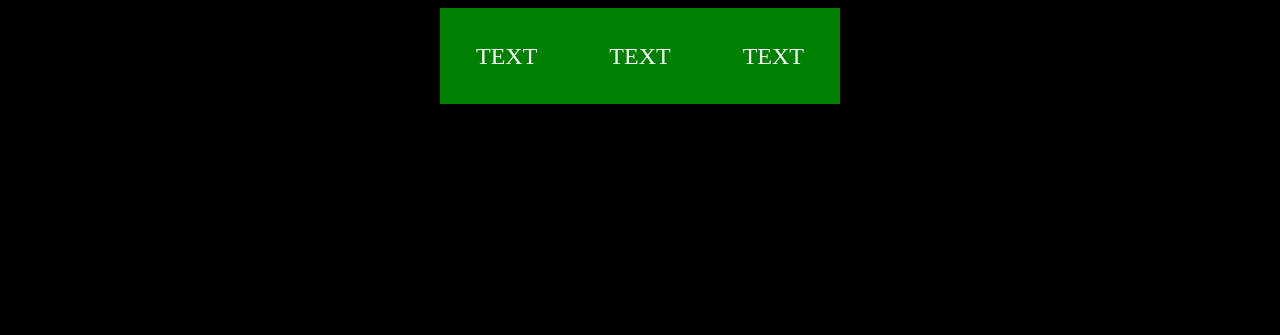
Repository: rajratangm/xcalculator
Page: /
These files come from the project's save history. The page is drawn as it stood at one moment and after a run of saves; the edit follows.
The browser window is 1280 px wide. The pictures show the whole page.
The project was rebuilt for these pictures with package versions that can differ from the ones it lists, and the page was loaded fresh each time. Also part of the build but not shown: vite.config.js, src/Component/Keyboard.jsx.

Above is the page before, as saved 2024-04-02 18:57:20.

After the next 2 saves:
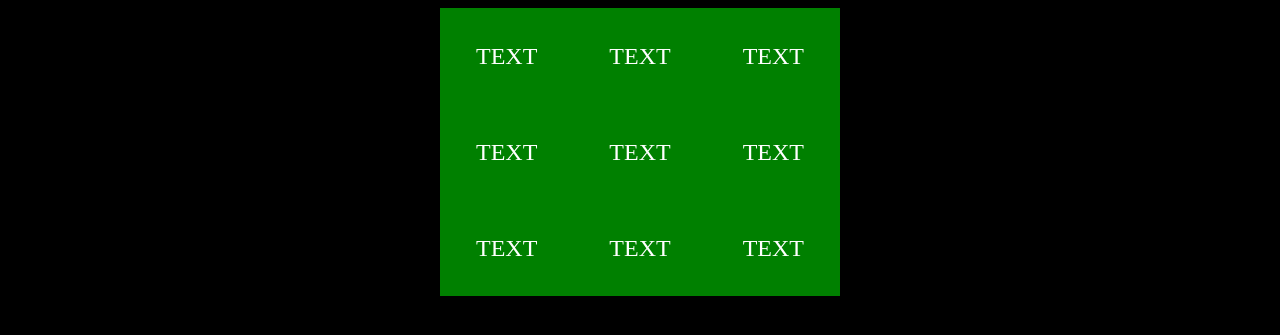
The 2 saves are shown as one change because they came seconds apart.
The last was saved 39 s later.
--- a/src/App.jsx
+++ b/src/App.jsx
@@ -17,6 +17,18 @@ function App() {
     <Button/>
 
    </div>
+   <div className='row'>
+    <Button/>
+    <Button/>
+    <Button/>
+
+   </div>
+   <div className='row'>
+    <Button/>
+    <Button/>
+    <Button/>
+
+   </div>
     </div>
 
     </div>
